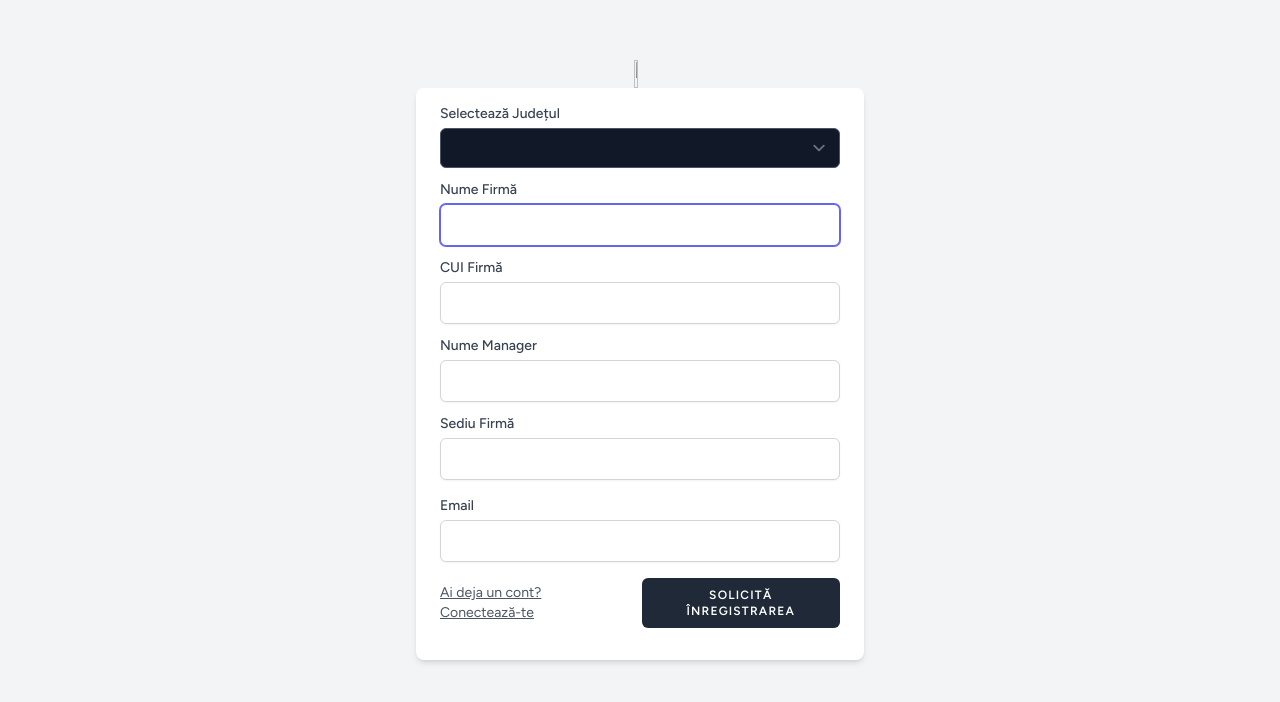
Repository: cosmin05072018/fantastic-events-manager
Page: http://localhost/register
These files come from the project's save history. The page is drawn as it stood at one moment and after the next save; the edit follows.
The browser window is 1280 px wide. The pictures show the whole page.
The page is served by the project's Laravel application, run on PHP 8.4 with Laravel 10. Other server files are loaded and not shown. Style sheets and scripts are compiled from the project's sources, by tool versions that may differ from the author's.

Above is the page before, as saved 2024-11-03 20:44:15.

### routes/web.php
<?php

use App\Http\Controllers\ProfileController;
use Illuminate\Support\Facades\Route;
use App\Http\Controllers\Auth\RegisteredUserController;
/*
|--------------------------------------------------------------------------
| Web Routes
|--------------------------------------------------------------------------
|
| Here is where you can register web routes for your application. These
| routes are loaded by the RouteServiceProvider and all of them will
| be assigned to the "web" middleware group. Make something great!
|
*/

Route::get('/', function () {
    return view('startApp');
})->name('StartApp');;


Route::get('/registration/pending', [RegisteredUserController::class, 'pending'])->name('registration.pending');


Route::get('/dashboard', function () {
    return view('dashboard');
})->middleware(['auth', 'verified'])->name('dashboard');

Route::middleware('auth')->group(function () {
    Route::get('/profile', [ProfileController::class, 'edit'])->name('profile.edit');
    Route::patch('/profile', [ProfileController::class, 'update'])->name('profile.update');
    Route::delete('/profile', [ProfileController::class, 'destroy'])->name('profile.destroy');
});

require __DIR__.'/auth.php';

### app/Http/Controllers/Auth/RegisteredUserController.php
<?php

namespace App\Http\Controllers\Auth;

use App\Http\Controllers\Controller;
use App\Models\PendingUser;
use App\Providers\RouteServiceProvider;
use Illuminate\Auth\Events\Registered;
use Illuminate\Http\RedirectResponse;
use Illuminate\Http\Request;
use Illuminate\Support\Facades\Hash;
use Illuminate\Validation\Rules;
use Illuminate\View\View;

class RegisteredUserController extends Controller
{
    /**
     * Display the registration view.
     */
    public function create(): View
    {
        return view('auth.register');
    }

    /**
     * Handle an incoming registration request.
     *
     * @throws \Illuminate\Validation\ValidationException
     */
    public function store(Request $request): RedirectResponse
    {
        $request->validate([
            'county' => ['required', 'string', 'max:255'],
            'company_name' => ['required', 'string', 'max:255'],
            'company_cui' => ['required', 'string', 'max:20', 'unique:pending_users,company_cui'],
            'manager_name' => ['required', 'string', 'max:255'],
            'company_address' => ['required', 'string', 'max:255'],
            'email' => ['required', 'string', 'email', 'max:255', 'unique:pending_users,email']
        ]);

        $pendingUser = PendingUser::create([
            'county' => $request->county,
            'company_name' => $request->company_name,
            'company_cui' => $request->company_cui,
            'manager_name' => $request->manager_name,
            'company_address' => $request->company_address,
            'email' => $request->email,
            'status' => 0,
        ]);

        // Verificăm dacă utilizatorul a fost creat cu succes
        if ($pendingUser) {
            $pendingUser->save();

            // Redirecționăm utilizatorul către o pagină de confirmare
            return redirect()->route('registration.pending')->with('status', 'Înregistrarea dvs. este în așteptare. Veți fi notificat odată ce contul dvs. este aprobat.');
        } else {
            dd('success');
            // În cazul în care crearea contului a eșuat, redirecționăm utilizatorul înapoi cu un mesaj de eroare
            return redirect()->back()->withErrors(['error' => 'A apărut o eroare în timpul înregistrării. Vă rugăm să încercați din nou.']);
        }
    }

    public function pending()
    {
        return view('auth.pending');
    }
}

### resources/views/auth/register.blade.php
<style>
    .logo-img {
        width: 100%;
        display: flex;
        align-items: center;
        justify-content: center;
    }

    select {
        background-color: #111827 !important;
        /* Fundal întunecat */
        color: #cbd5e0 !important;
        /* Text deschis la culoare */
        border: 1px solid #4a5568 !important;
        /* Bordură similară cu celelalte câmpuri */
        padding: 0.5rem !important;
        border-radius: 0.375rem !important;
        /* Rotunjirea colțurilor */
        height: 40px !important;
        /* Înălțime similară */
        width: 100% !important;
        /* Se extinde pe toată lățimea */
        appearance: none !important;
        /* Îndepărtează stilul implicit pentru browsere */
    }

    /* Săgeata din dreapta pentru select */
    select::-ms-expand {
        display: none !important;
        /* Ascunde săgeata în Internet Explorer */
    }

    /* Stil pentru placeholder */
    select option[value=""][disabled] {
        color: #a0aec0 !important;
        /* Culoare mai pală pentru placeholder */
    }

    /* Hover și focus pentru select */
    select:hover,
    select:focus {
        border-color: #718096 !important;
        /* Culoare pentru border la hover și focus */
        outline: none !important;
    }
</style>

<x-guest-layout>
    <form method="POST" action="{{ route('register') }}">
        @csrf

        <!-- Județ -->
        <div>
            <x-input-label for="county" :value="__('Selectează Județul')" />
            <select id="county" name="county" class="block mt-1 w-full select2" required>
                <option value=""></option>
                <option value="Alba">Alba</option>
                <option value="Arad">Arad</option>
                <option value="Argeș">Argeș</option>
                <option value="Bacău">Bacău</option>
                <option value="Bihor">Bihor</option>
                <option value="Bistrița-Năsăud">Bistrița-Năsăud</option>
                <option value="Botoșani">Botoșani</option>
                <option value="Brașov">Brașov</option>
                <option value="Brăila">Brăila</option>
                <option value="București">București</option>
                <option value="Buzău">Buzău</option>
                <option value="Caraș-Severin">Caraș-Severin</option>
                <option value="Călărași">Călărași</option>
                <option value="Cluj">Cluj</option>
                <option value="Constanța">Constanța</option>
                <option value="Covasna">Covasna</option>
                <option value="Dâmbovița">Dâmbovița</option>
                <option value="Dolj">Dolj</option>
                <option value="Galați">Galați</option>
                <option value="Giurgiu">Giurgiu</option>
                <option value="Gorj">Gorj</option>
                <option value="Harghita">Harghita</option>
                <option value="Hunedoara">Hunedoara</option>
                <option value="Ialomița">Ialomița</option>
                <option value="Iași">Iași</option>
                <option value="Ilfov">Ilfov</option>
                <option value="Maramureș">Maramureș</option>
                <option value="Mehedinți">Mehedinți</option>
                <option value="Mureș">Mureș</option>
                <option value="Neamț">Neamț</option>
                <option value="Olt">Olt</option>
                <option value="Prahova">Prahova</option>
                <option value="Satu Mare">Satu Mare</option>
                <option value="Sălaj">Sălaj</option>
                <option value="Sibiu">Sibiu</option>
                <option value="Suceava">Suceava</option>
                <option value="Teleorman">Teleorman</option>
                <option value="Timiș">Timiș</option>
                <option value="Tulcea">Tulcea</option>
                <option value="Vaslui">Vaslui</option>
                <option value="Vâlcea">Vâlcea</option>
                <option value="Vrancea">Vrancea</option>
            </select>
            <x-input-error :messages="$errors->get('county')" class="mt-2" />
        </div>

        <!-- Nume Firmă -->
        <div>
            <x-input-label for="company_name" class="mt-3" :value="__('Nume Firmă')" />
            <x-text-input id="company_name" class="block mt-1 w-full" type="text" name="company_name" :value="old('name')"
                required autofocus autocomplete="name" />
            <x-input-error :messages="$errors->get('name')" class="mt-2" />
        </div>

        <!-- CUI Firmă -->
        <div>
            <x-input-label class="mt-3" for="company_cui" :value="__('CUI Firmă')" />
            <x-text-input id="company_cui" class="block mt-1 w-full" type="number" name="company_cui" :value="old('name')"
                required autofocus autocomplete="name" />
            <x-input-error :messages="$errors->get('name')" class="mt-2" />
        </div>

        <!-- Nume Admin Firmă -->
        <div>
            <x-input-label class="mt-3" for="manager_name" :value="__('Nume Manager')" />
            <x-text-input id="manager_name" class="block mt-1 w-full" type="text" name="manager_name" :value="old('name')"
                required autofocus autocomplete="name" />
            <x-input-error :messages="$errors->get('name')" class="mt-2" />
        </div>

        <!-- Sediu Firmă -->
        <div>
            <x-input-label class="mt-3" for="company_address" :value="__('Sediu Firmă')" />
            <x-text-input id="company_address" class="block mt-1 w-full" type="text" name="company_address" :value="old('name')"
                required autofocus autocomplete="name" />
            <x-input-error :messages="$errors->get('name')" class="mt-2" />
        </div>

        <!-- Email Address -->
        <div class="mt-4">
            <x-input-label for="email" :value="__('Email')" />
            <x-text-input id="email" class="block mt-1 w-full" type="email" name="email" :value="old('email')"
                required autocomplete="username" />
            <x-input-error :messages="$errors->get('email')" class="mt-2" />
        </div>

        <div class="flex items-center mt-4">
            <a class="underline text-sm text-gray-600 dark:text-gray-400 hover:text-gray-900 dark:hover:text-gray-100 rounded-md focus:outline-none focus:ring-2 focus:ring-offset-2 focus:ring-indigo-500 dark:focus:ring-offset-gray-800"
                href="{{ route('login') }}">
                {{ __('Ai deja un cont? Conectează-te') }}
            </a>

            <x-primary-button class="ms-4">
                {{ __('Solicită Înregistrarea') }}
            </x-primary-button>
        </div>
    </form>
</x-guest-layout>

### resources/views/layouts/guest.blade.php
<!DOCTYPE html>
<html lang="{{ str_replace('_', '-', app()->getLocale()) }}">
    <head>
        <meta charset="utf-8">
        <meta name="viewport" content="width=device-width, initial-scale=1">
        <meta name="csrf-token" content="{{ csrf_token() }}">

        <title>{{ config('app.name', 'Laravel') }}</title>

        <!-- Fonts -->
        <link rel="preconnect" href="https://fonts.bunny.net">
        <link href="https://fonts.bunny.net/css?family=figtree:400,500,600&display=swap" rel="stylesheet" />

        <!-- Scripts -->
        @vite(['resources/css/app.css', 'resources/js/app.js'])
    </head>
    <body class="font-sans text-gray-900 antialiased">
        <div class="min-h-screen flex flex-col sm:justify-center items-center pt-6 sm:pt-0 bg-gray-100 dark:bg-gray-900">
            <div>
                <a href="/">
                    <x-application-logo class="w-20 h-20 fill-current text-gray-500" />
                </a>
            </div>

            <div class="w-full sm:max-w-md px-6 py-4 bg-white dark:bg-gray-800 shadow-md overflow-hidden sm:rounded-lg">
                {{ $slot }}
            </div>
        </div>
    </body>
</html>

### resources/views/components/application-logo.blade.php
<div class="logo-img">
    <img src="{{ asset('storage/logo.svg') }}" alt="Logo" style="width: 20% !important;">
</div>

Loaded but not shown: routes/auth.php (common file); app/Http/Controllers/Auth/EmailVerificationPromptController.php (common file); app/Http/Controllers/Controller.php (common file); app/Http/Controllers/Auth/VerifyEmailController.php (common file); app/View/Components/GuestLayout.php (common file); resources/views/components/input-label.blade.php (common file); resources/views/components/input-error.blade.php (common file); resources/views/components/text-input.blade.php (common file); resources/views/components/primary-button.blade.php (common file); resources/css/app.css (common file); tailwind.config.js (common file); resources/js/app.js (common file); resources/js/bootstrap.js (common file)

After the next save:
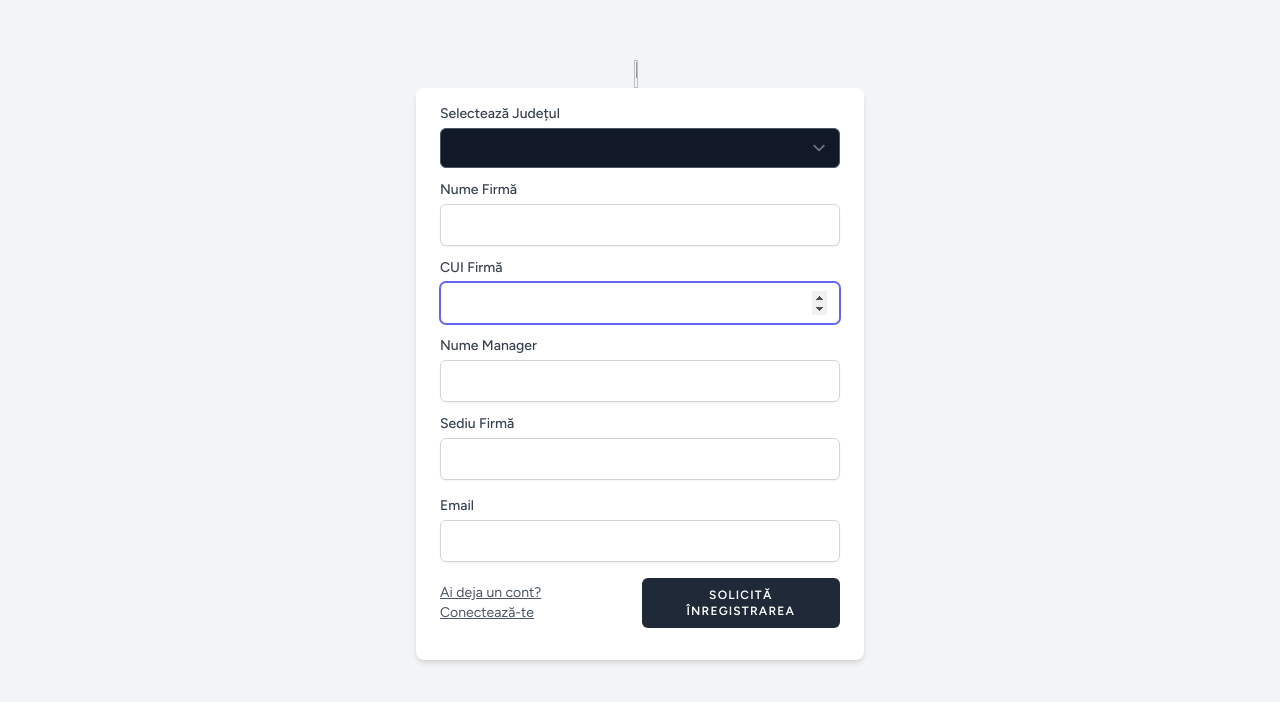
Saved 34 s later.
--- a/resources/views/auth/register.blade.php
+++ b/resources/views/auth/register.blade.php
@@ -104,7 +104,7 @@
         <div>
             <x-input-label for="company_name" class="mt-3" :value="__('Nume Firmă')" />
             <x-text-input id="company_name" class="block mt-1 w-full" type="text" name="company_name" :value="old('name')"
-                required autofocus autocomplete="name" />
+                required  autocomplete="name" />
             <x-input-error :messages="$errors->get('name')" class="mt-2" />
         </div>
 
